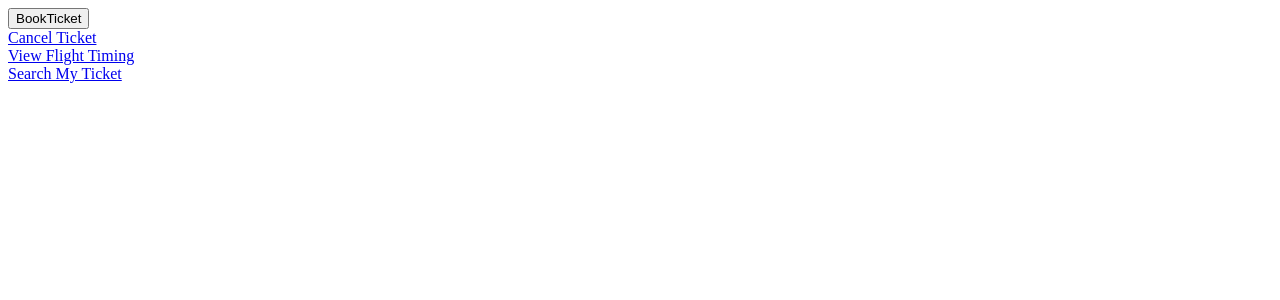
Repository: kalpesh3070/backend2
Page: flyaway/src/main/webapp/main.html
These files come from the project's save history. The page is drawn as it stood at one moment and after the next save; the edit follows.
The browser window is 1280 px wide. The pictures show the whole page.

Above is the page before, as saved 2022-11-14 15:59:59.

### flyaway/src/main/webapp/main.html
<!DOCTYPE html>
<html>
<head>
<meta charset="ISO-8859-1">
<title>HOME</title>
</head>
<div class="body">
<body>
<div>
<a href="http://localhost:8080/flyaway/Ticket_booking.html"><button>BookTicket</button></a>
</div>
<div>
<a href="http://localhost:8080/flyaway/Delet.html">Cancel Ticket</a>
</div>
<div>
<a href="http://localhost:8080/flyaway/Home.html">View Flight Timing</a>
</div>
<div>
<a href="http://localhost:8080/flyaway/My_Ticket.html">Search My Ticket</a>
</div>
</div>
</body>
</html>

After the next save:
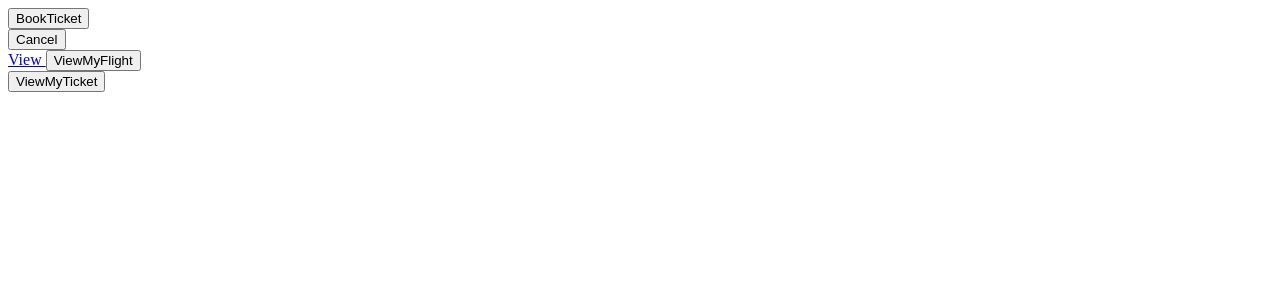
Saved 2 min 0 s later.
--- a/flyaway/src/main/webapp/main.html
+++ b/flyaway/src/main/webapp/main.html
@@ -10,13 +10,13 @@
 <a href="http://localhost:8080/flyaway/Ticket_booking.html"><button>BookTicket</button></a>
 </div>
 <div>
-<a href="http://localhost:8080/flyaway/Delet.html">Cancel Ticket</a>
+<a href="http://localhost:8080/flyaway/Delet.html"><button>Cancel</button></a>
 </div>
 <div>
-<a href="http://localhost:8080/flyaway/Home.html">View Flight Timing</a>
+<a href="http://localhost:8080/flyaway/Home.html">View <button>ViewMyFlight</button></a>
 </div>
 <div>
-<a href="http://localhost:8080/flyaway/My_Ticket.html">Search My Ticket</a>
+<a href="http://localhost:8080/flyaway/My_Ticket.html"><button>ViewMyTicket</button></a>
 </div>
 </div>
 </body>
